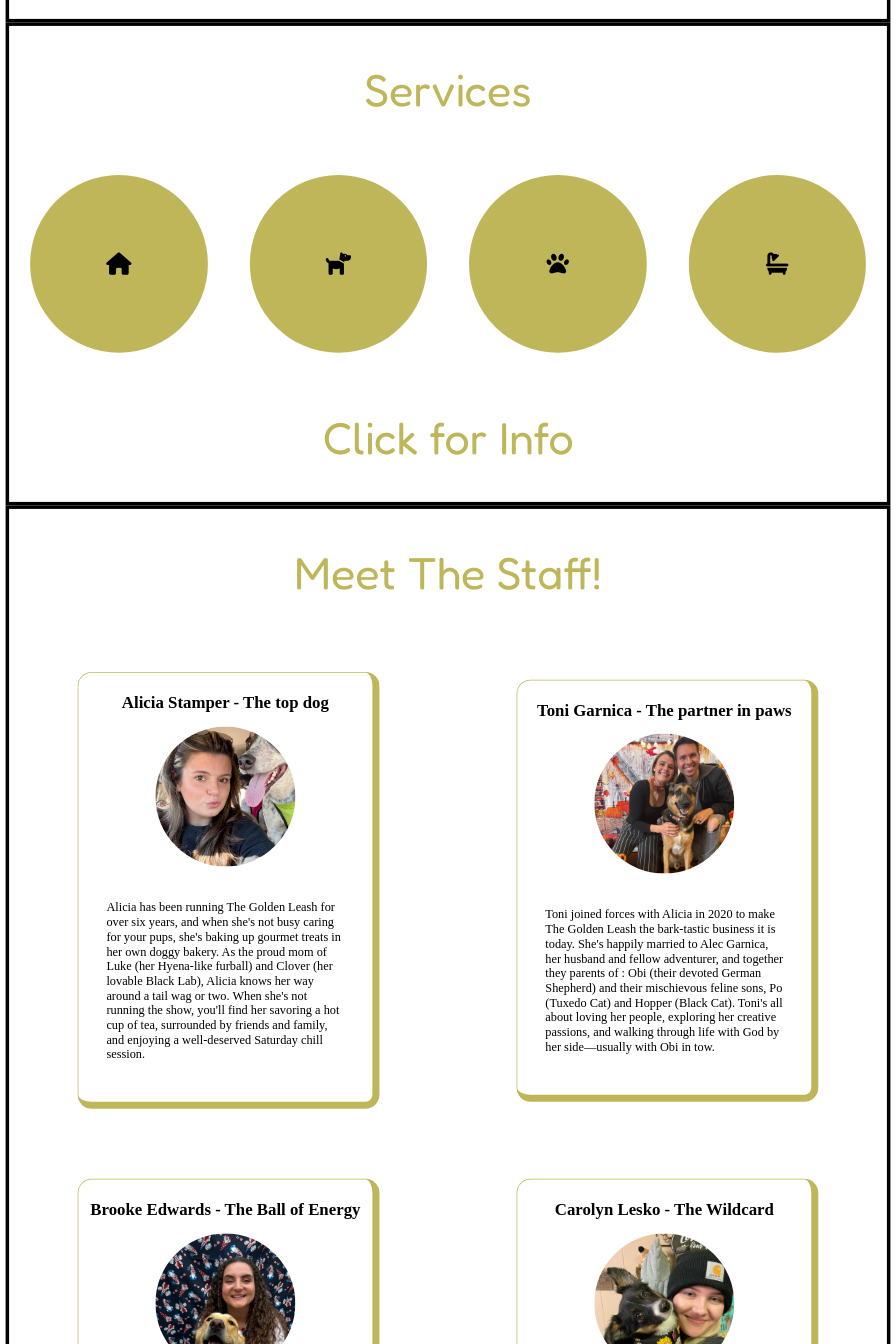
Repository: Aworminator/Thegoldenleash
Page: index.html
The author's editor kept a copy of each file at every save. The page is drawn from the files as they stood at one save, then again after the next save.
The browser window is 1280 px wide. The pictures show the part of the page from y = 1260 to 3180 px (the page is 4887 px tall before and 4807 px after), at 70% of full size.

Above is the page before, as saved 2025-07-14 16:00:21.

### index.html
<!DOCTYPE html>
<html lang="en">
  <head>
    <meta charset="UTF-8" />
    <meta name="viewport" content="width=device-width, initial-scale=1.0" />
    <title>The Golden Leash</title>
    <link
      rel="stylesheet"
      href="https://cdnjs.cloudflare.com/ajax/libs/font-awesome/6.5.0/css/all.min.css"
      integrity="sha512-..."
      crossorigin="anonymous"
      referrerpolicy="no-referrer"
    />
    <link rel="stylesheet" href="style.css" />
    <link rel="preconnect" href="https://fonts.googleapis.com" />
    <link rel="preconnect" href="https://fonts.gstatic.com" crossorigin />
    <link
      href="https://fonts.googleapis.com/css2?family=Fredoka:wght@300..700&display=swap"
      rel="stylesheet"
    />

    <!-- Everything is great. Look up ideas on how to make everything else translate
    with media query. The logo is fixed, however, other things get messed up after
    the resolution hits a certain point. Figure out how to fix that next. -->
  </head>
  <body>
    <section class="home-page">
      <div class="image-container">
        <div>
          <img src="./Images/GoldenLeashLogo No Nose.png" class="logo" />
        </div>

        <ul class="list">
          <li class="story">Our Story</li>
          <li>Services</li>
          <li>Contact Us</li>
        </ul>
      </div>
    </section>

    <section class="our-story">
      <h1>Our Story</h1>
      <p class="story-info">
        Lorem ipsum odor amet, consectetuer adipiscing elit. Aenean quis
        bibendum condimentum mauris primis integer sollicitudin porttitor.
        Blandit condimentum aptent condimentum orci rhoncus pellentesque euismod
        a. Varius imperdiet fermentum aptent mollis sem eu. Mattis ante pharetra
        quisque nam odio nascetur per. Vitae pellentesque massa facilisi
        maecenas ligula felis. Tristique pulvinar iaculis inceptos lectus elit
        fusce. <br /><br />
        Nisl erat purus sem imperdiet varius erat taciti cursus. Leo ante lectus
        potenti lacus viverra senectus commodo fringilla. Imperdiet est
        parturient ornare imperdiet tempor vulputate. Parturient porttitor
        quisque platea turpis vel porta. Torquent feugiat curabitur posuere
        hendrerit ipsum eros vel erat. Aenean netus proin arcu taciti nec
        efficitur ullamcorper.
      </p>
    </section>

    <section class="services">
      <h1>Services</h1>
      <div class="icon-container">
        <i class="fa-solid fa-house" id="icon"></i>
        <i class="fa-solid fa-dog" id="icon"></i>
        <i class="fa-solid fa-paw" id="icon"></i>
        <i class="fa-solid fa-bath" id="icon"></i>
      </div>
      <h1>Click for Info</h1>
      <p class="service-info">
        At The Golden Leash, we bring personalized care directly to you! Our
        team will stop by to check on your dog and take them for a walk tailored
        to their needs. Each walk typically lasts around 45 minutes, giving your
        pup plenty of exercise and attention. <br /><br />
        Your dog's safety and well-being are our top priorities. That’s why we
        monitor the weather closely, ensuring your furry friend isn’t exposed to
        unsafe conditions. We avoid walks in temperatures below 28°F, and during
        extreme heat, we’ll adjust walk times to protect your dog’s paws from
        hot sidewalks. Because your dog deserves the very best care—rain, shine,
        or snow!
      </p>
    </section>

    <section class="staff">
      <h1>Meet The Staff!</h1>
      <div id="staff-cards"></div>
    </section>

    <section class="contact">
      <h1>Contact Us</h1>
      <form class="contact-form">
        <div class="form-group">
          <label for="name">Name</label>
          <input type="text" id="name" name="name" required />
        </div>
        <div class="form-group">
          <label for="email">Email</label>
          <input type="email" id="email" name="email" required />
        </div>
        <div class="form-group">
          <label for="message">Message</label>
          <textarea id="message" name="message" rows="5" required></textarea>
        </div>
        <button type="submit" class="contact-btn">Send Message</button>
      </form>
    </section>
    <script src="script.js"></script>
  </body>
</html>

### style.css
h1 {
  font-family: "Fredoka", serif;
  font-optical-sizing: auto;
  font-weight: 400; /* Replace <weight> with a valid value */
  font-style: normal;
  color: #bfb65a;
  font-variation-settings: "wdth" 100;
  text-align: center;
  font-size: 4em;
}

h2 {
  text-align: center;
}

.image-container {
  display: flex;
  flex-direction: row;
  justify-content: space-around;
}

.home-page {
  border: black solid 5px;
  min-height: 50vh;
}

.services,
.staff,
.contact,
.our-story {
  border: black solid 5px;
  min-height: 600px;
}

.logo {
  width: 100%;
  max-width: 600px; /* or whatever the largest size you want */
  height: auto;
  display: block;
}

.list {
  font-size: 3em;
  padding: 50px;
}

li {
  font-family: "Fredoka", serif;
  font-optical-sizing: auto;
  font-weight: 400; /* Replace <weight> with a valid value */
  font-style: normal;
  color: #bfb65a;
  font-variation-settings: "wdth" 100;
  font-size: 1.3em;
  margin-bottom: 80px;
  text-shadow: 3px 3px 0px rgba(191, 183, 90, 0.336),
    0 0 16px rgba(191, 182, 90, 0.25);
}

.icon-container {
  display: flex;
  justify-content: center;
}

#icon {
  background-color: #bfb65a;
  width: 300px;
  aspect-ratio: 1 / 1;
  border-radius: 50%;
  display: flex;
  justify-content: center;
  align-items: center;
  font-size: 2em;
  margin: 30px;
}

#icon:hover {
  transform: scale(1.1);
  transition: transform 0.2s;
}

#icon:active {
  transform: scale(0.9);
  transition: transform 0.2s;
}

.service-info,
.story-info {
  text-align: center;
  font-size: 1.5rem;
  margin: 100px;
}

.service-info {
  display: none;
  background-color: rgb(182, 182, 182);
  border-radius: 10px;
  padding: 5px;
  animation: slide-fwd-tr 1.3s cubic-bezier(0.25, 0.46, 0.45, 0.94) both;
}

.card {
  min-height: 400px;
  width: 400px;
  border: none;
  border-bottom: 10px solid #bfb65a;
  border-right: 10px solid #bfb65a;
  border-top: 1px solid #bfb65a;
  border-left: 1px solid #bfb65a;
  border-radius: 20px;
  display: flex;
  flex-direction: column;
  justify-content: center;
  align-items: center;
  margin: 50px;
  padding: 10px;
}

.profile-pic {
  height: 200px;
  border-radius: 50%;
  object-fit: cover;
  object-position: top;
  width: 200px;
}

.profile-pic:hover {
  transform: scale(1.15);
  transition: transform 0.2s;
}

#staff-cards {
  display: flex;
  flex-direction: row;
  flex-wrap: wrap;
  align-items: center;
  justify-content: space-around;
}

.staff-info {
  padding: 30px;
  font-size: 1.1em;
}

@keyframes slide-fwd-tr {
  0% {
    opacity: 0%;
    transform: translateZ(180px) translateY(120px) translateX(-120px);
  }
  100% {
    opacity: 100%;
    transform: translateZ(0px) translateY(0px) translateX(0px);
  }
}

@media (max-width: 900px) {
  .image-container {
    flex-direction: column;
    align-items: center;
  }

  .info {
    font-size: 1em;
  }

  #icon {
    font-size: 1.5em;
  }

  .staff-info {
    font-size: 1.2em;
    overflow: visible;
    padding: 10px;
  }

  .card {
    height: 550px;
  }

  h1 {
    font-size: 2.5em;
  }

  h2 {
    font-size: 1.2em;
    padding: 5px;
  }

  #icon {
  }
}

@media (max-width: 600px) {
  .contact-form {
    padding: 18px 8px 14px 8px;
    max-width: 95vw;
  }
}

/* Contact Form Styles */
.contact-form {
  max-width: 500px;
  margin: 40px auto 0 auto;
  border-radius: 16px;
  box-shadow: 0 4px 24px rgba(191, 182, 90, 0.15);
  padding: 32px 28px 24px 28px;
  display: flex;
  flex-direction: column;
  gap: 18px;
}
.form-group {
  display: flex;
  flex-direction: column;
  gap: 6px;
}
.contact-form label {
  font-size: 1.1em;
  color: black;
  font-weight: 600;
  margin-bottom: 2px;
}
.contact-form input,
.contact-form textarea {
  padding: 10px 12px;
  border: 1.5px solid black;
  border-radius: 8px;
  font-size: 1em;
  font-family: inherit;
  transition: border 0.2s;
}
.contact-form input:focus,
.contact-form textarea:focus {
  outline: none;
  border: 2px solid black;
}
.contact-btn {
  background: #bfb65a;
  color: #fff;
  border: none;
  border-radius: 8px;
  padding: 12px 0;
  font-size: 1.1em;
  font-weight: 700;
  cursor: pointer;
  margin-top: 10px;
  box-shadow: 0 2px 8px rgba(191, 182, 90, 0.12);
  transition: background 0.2s, transform 0.2s;
}
.contact-btn:hover {
  background: #a49e4a;
  transform: translateY(-2px) scale(1.03);
}

### script.js
const staffMembers = [
  {
    name: "Alicia Stamper",
    title: "The top dog",
    image: "./Images/Staff Pictures/Alicia TGL Picture.jpg",
    info: "Alicia has been running The Golden Leash for over six years, and when she's not busy caring for your pups, she's baking up gourmet treats in her own doggy bakery. As the proud mom of Luke (her Hyena-like furball) and Clover (her lovable Black Lab), Alicia knows her way around a tail wag or two. When she's not running the show, you'll find her savoring a hot cup of tea, surrounded by friends and family, and enjoying a well-deserved Saturday chill session.",
  },
  {
    name: "Toni Garnica",
    title: "The partner in paws",
    image: "./Images/Staff Pictures/Toni TGL Picture.jpg",
    info: "Toni joined forces with Alicia in 2020 to make The Golden Leash the bark-tastic business it is today. She's happily married to Alec Garnica, her husband and fellow adventurer, and together they parents of : Obi (their devoted German Shepherd) and their mischievous feline sons, Po (Tuxedo Cat) and Hopper (Black Cat). Toni's all about loving her people, exploring her creative passions, and walking through life with God by her side—usually with Obi in tow.",
  },
  {
    name: "Brooke Edwards",
    title: "The Ball of Energy",
    image: "./Images/Staff Pictures/Brooke TGL Picture.jpg",
    info: "Since 2021, Brooke has been bringing boundless enthusiasm to The Golden Leash team. Happily married to her husband, Elijah, Brooke is also the proud mom of Sadie, her adorable Doodle, who's got the fluffiest tail wag around. Whether it's playing with the pups or brightening everyone's day, Brooke's energy is as contagious as Sadie's zoomies.",
  },
  {
    name: "Carolyn Lesko",
    title: "The Wildcard",
    image: "./Images/Staff Pictures/Carolyn TGL Picture.jpg",
    info: "Carolyn is the undisputed wildcard of The Golden Leash crew. Whether she's quoting tik tok meme's, playing a mean game of Gang Beasts on her days off, or keeping things exciting, Carolyn keeps us all on our toes. She's the proud mom of her dog (to be named and praised at a later date). Fun fact: Carolyn is allergic to grass and being on time.",
  },
  {
    name: "Lisa",
    title: "The Backbone of the pack",
    image: "./Images/Staff Pictures/Lisa and rip Van Winkle.png",
    info: "Lisa is the kind of hard worker who makes everything run like clockwork at The Golden Leash. With her unmatched dedication and a can-do attitude, she's the go-to person for getting things done. Whether it's caring for pups, organizing schedules, or simply being awesome, Lisa brings a level of expertise and warmth that every team dreams of having. We're lucky to have her!",
  },
];

const house = document.querySelector(".fa-house");
const serviceInfo = document.querySelector(".service-info");
const service = document.querySelector(".services");
const staffCards = document.querySelector("#staff-cards");

house.addEventListener("click", () => {
  serviceInfo.style.display = "block";
  serviceInfo.scrollIntoView({ behavior: "smooth" });
});

staffMembers.forEach((person) => {
  const newCard = document.createElement("div");
  newCard.classList.add("card");
  newCard.innerHTML = `<h2>${person.name} - ${person.title}</h2>
          <img
            src="${person.image}"
            alt="${person.name} Profile-Pic"
            class="profile-pic"
          />
          <p class="staff-info">
            ${person.info}
          </p>`;
  staffCards.appendChild(newCard);
});

After the next save:
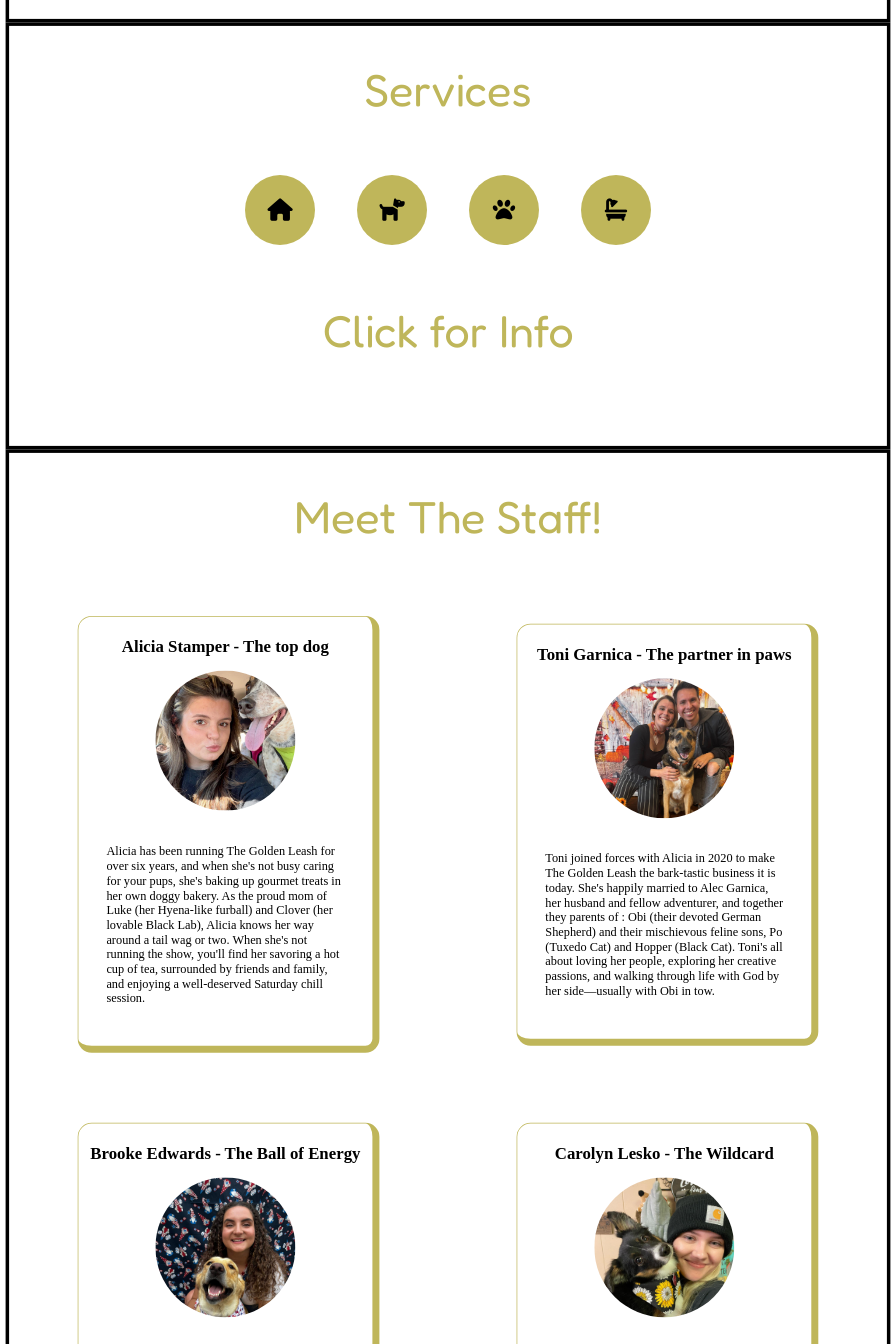
Saved 5 s later.
--- a/style.css
+++ b/style.css
@@ -64,7 +64,7 @@ li {
 
 #icon {
   background-color: #bfb65a;
-  width: 300px;
+  width: 100px;
   aspect-ratio: 1 / 1;
   border-radius: 50%;
   display: flex;
